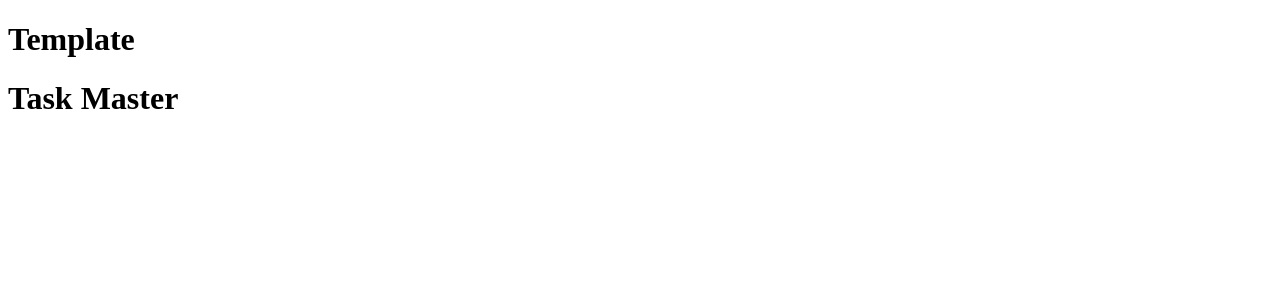
Repository: AnkurDevv/PythonFlask-TaskMaster
Page: http://localhost/
These files come from the project's save history. The page is drawn as it stood at one moment and after the next save; the edit follows.
The browser window is 1280 px wide. The pictures show the whole page.
The page is served by the project's application, run on Flask 3 (app.py).

Above is the page before, as saved 2020-02-24 15:54:13.

After the next save:
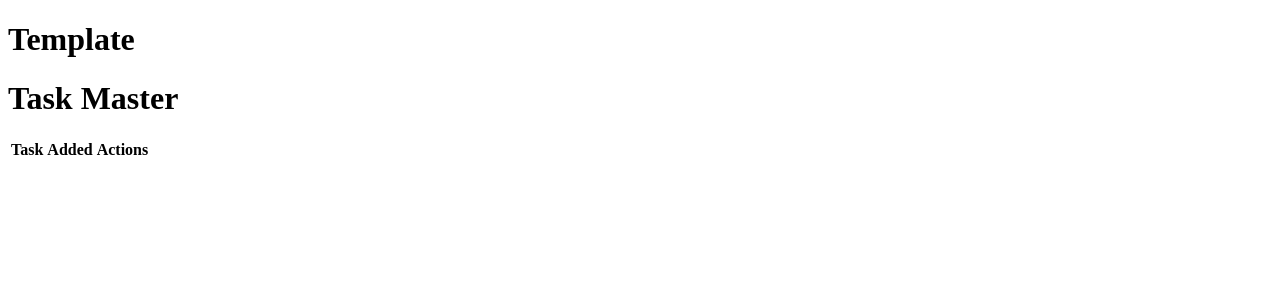
Saved 55 s later.
--- a/templates/index.html
+++ b/templates/index.html
@@ -7,5 +7,13 @@
 {% block body %}
 <div class="content">
   <h1>Task Master</h1>
+
+  <table>
+    <tr>
+      <th>Task</th>
+      <th>Added</th>
+      <th>Actions</th>
+    </tr>
+  </table>
 </div>
 {% endblock %}
